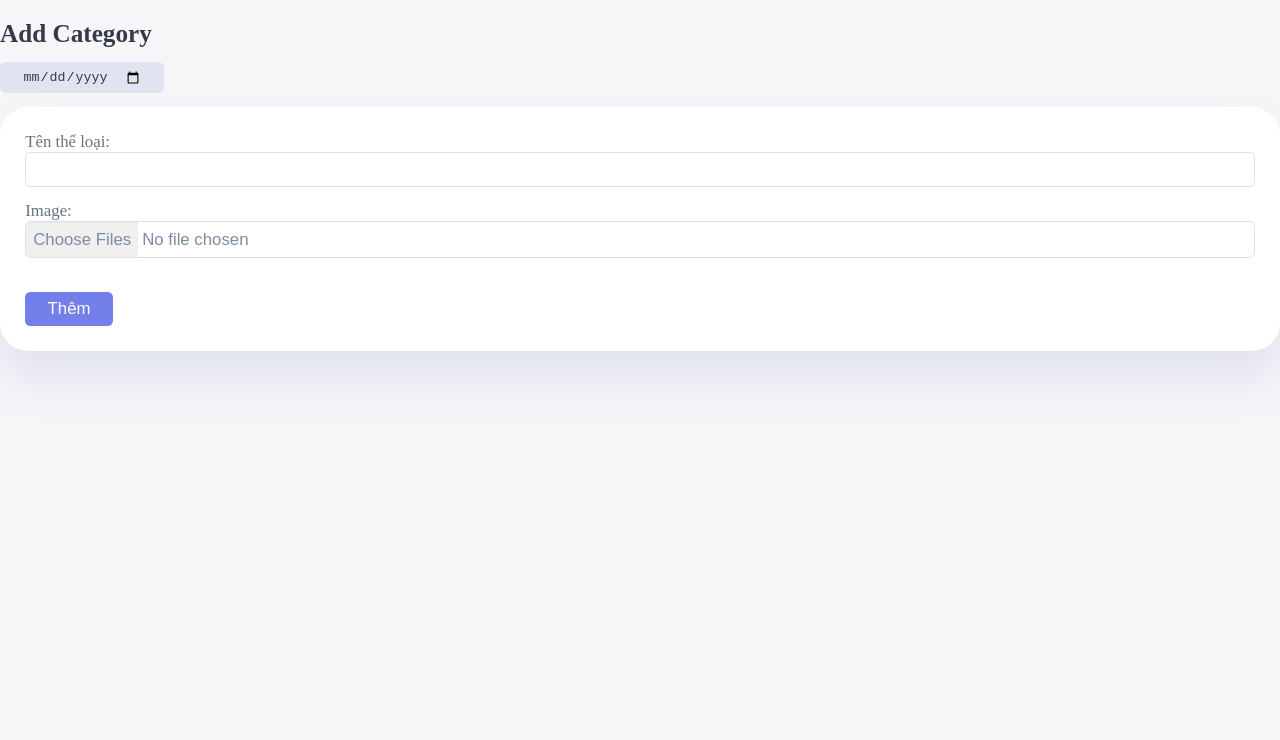
Repository: quynn1804/duan1
Page: http://localhost/control/add_type.php
The author's editor kept a copy of each file at every save. The page is drawn from the files as they stood at one save, then again after the next save.
The browser window is 1280 px wide. The pictures show the whole page.
Some web fonts or font styles are not loaded; a fallback is used. The page is run by PHP 8.4 with error messages shown; the project is at /var/www/html/.

Above is the page before, as saved 2022-11-10 00:41:12.

### du_an_1/control/add_type.php
<main>
            <h1>Add Category</h1>
            <link rel="stylesheet" href="./src/css/kkk.css">
            <div class="date">
                <input type="date">
            </div>

            <div class="add_categories_wrap_form">

        <form action="" method="POST" enctype="multipart/form-data">
            <label for="">Tên thể loại:</label> <br>
            <input type="text" class="form-control mb3" name="name" required>
            <br>



            <label for="">Image:</label> <br>
            <input type="file" class="image" name="image" multiple>
            <?php if(isset($image_err)): ?>
                <div style="color: red;">
            <?= $image_err  ?>
            </div>

              <?php endif ?>


            <button type="submit" class="btn " style="margin-top:20px ;" name="btnSubmit">Thêm</button>




        </form>
    </div>


</main>

### du_an_1/src/css/kkk.css
:root{
    --color-primary: #7380ec;
    --color-danger:#ff7782;
    --color-success:#41f1b6;
    --color-warning:#ffbb55;
    --color-white:#fff;

    --color-dark:#363949;
    --color-dark-variant:#677483;
    --color-info-dark:#7d8da1;

    --color-info-light:#dce1eb;

    --color-light:rgba(132,139,200,0.18);
    --color-primary-variant:#111e88;

    --color-background:#f6f6f9;

    --card-border-radius:2rem;
    --border-radius-1:0.4rem;
    --border-radidus-2:0.8rem;
    --border-radius-3:1.2rem;

    --car-padding:1.8rem;
    --padding-1:1.2rem;
    --box-shadow: 0 2rem 3rem var(--color-light);
}

/* DARK THEME VARAIBLES */
.dark-theme-variables{
    --color-background:#181a1e;
    --color-white:#202528;
    --color-dark: #edeffd;
    --color-dark-variant: #a3bdcc;
    --color-light:rgba(0, 0,0,0.4);
    --box-shadow:0 2rem 3rem var(--color-light);
    }


@font-face {
    font-family: pro;
    src: url(../font-family/SourceSansPro-Regular.ttf);
}

*{
    padding: 0 ;
    margin: 0 ;
    outline: 0 ;
    border: 0 ;
    appearance: none ;
    text-decoration: none ;
    list-style: none ;
    box-sizing: border-box ;
}

html{
    font-size: 14px;

}

body{

    width: 100vw;
    height: 100vh;
    font-family: pro;
    font-size: 0.88rem;
    background-color: var(--color-background);
    transition: all 300ms ease;


}



a{
    color: var(--color-dark-variant);
}

img{
    display: block;
    width: 100%;
}

h1{
    font-weight: 800;
    font-size: 1.8rem;
}


h2{
    font-size: 1.4rem;
}

h3{
    font-size: 0.87rem;
}

h4{
    font-size: 0.8rem;
}

h5{
    font-size: 0.77rem;
}

small{
    font-size:0.75rem;
}

.profile-photo{
    height: 2.8rem;
    width: 2.8rem;
    border-radius: 50%;
    overflow: hidden;
}

.text-muted{
    color: var(--color-info-dark);
}

p{
    color: var(--color-dark-variant);
}

b{
    color: var(--color-dark) ;
}

.primary{
    color: var(--color-primary);
}

.danger{
    color: var(--color-danger);
}

.success{
    color: var(--color-success);
}

.warning{
    color: var(--color-warning);
}

.container{

    display: grid;
    width: 96%;

    margin: 0 auto;
    gap: 1.8rem;
    grid-template-columns:14rem auto 23rem ;
}


aside{
    height: 100vh;

}

aside .top{

    display: flex;
    align-items: center;
    justify-content: space-between;
    margin-top: 0.5rem;
}
aside .logo{
    display: flex;
    gap:0.1rem;

}
aside .logo img{
    margin-left: 1rem;
    width: 5rem;

}

aside .logo h2{
    display: flex;
    align-items: center;
    font-weight: 900;
    color: var(--color-dark);
}

aside .close{
    display: none;
}

aside .sidebar{

    display: flex;
    flex-direction: column;
    height: 81vh;
    position: relative;
    top: 2rem;
}

aside h3{
    font-weight: 500;
}

aside .sidebar a{
display: flex;
color: var(--color-info-dark);
margin-left: 2rem;
gap:1rem;
align-items:center ;

height: 3.7rem;
transition: all 300ms ease;
}

aside .sidebar a span {
    font-size: 1.6rem;
    transition: all 300ms ease;
}


aside .sidebar a:last-child{
    position: absolute;
    bottom: 2rem;
    width: 100%;

}


aside .sidebar .active{
    background-color: var(--color-light);
    color: var(--color-primary);

}

aside .sidebar .active:before{
    content:'';
    width: 6px;
    height: 100%;
    background-color:var(--color-primary) ;
}

aside .sidebar .active span{
   margin-left: calc(1rem-3px);
}


aside .sidebar a:hover{
    color: var(--color-primary);
}

aside .sidebar a:hover span{
    margin-left: 1rem;
}


aside .sidebar .message-count{
    background-color: var(--color-danger);
    color: var(--color-white);
    padding: 2px 10px;
    font-size:11px;
    border-radius: var(--border-radius-1) ;
}



/* ===============Main============  */


main{
    margin-top: 1.4rem;

}

main>h1{
    color: var(--color-dark);
}

main .date{
    display: inline-block;
    background-color: var(--color-light);
    border-radius: var(--border-radius-1);
    margin-top: 1rem;
    padding: 0.5rem 1.6rem;

}

main .date input{
    background: transparent;
    color: var(--color-dark);
}

main .insights{
    display: grid;
    grid-template-columns: repeat(3,1fr);
    gap:1.6rem;
}

main .insights>div{
    background-color: var(--color-white);
    padding: var(--car-padding);
    border-radius: var(--card-border-radius);
    margin-top: 1rem;
    box-shadow: var(--box-shadow);
    transition: all 300ms ease;
}
main  h1{
    color: var(--color-dark);
}

main  h2{
    color: var(--color-dark);
}

main  h3{
    color: var(--color-dark);
}

main thead tr{
    color: var(--color-dark);
}

main tbody tr{
    color: var(--color-info-dark);
}
main .insights>div:hover{
    box-shadow: none;
}


main .insights>div span{
    background-color: var(--color-primary);
    padding: 0.5rem;
    border-radius: 50%;
    color: var(--color-white);
    font-size: 2rem;
}

main .insights>.expenses span{
background-color: var(--color-danger);
}


main .insights>.income span{
background-color: var(--color-success);
}

main .insights>div .middle{
    display: flex;
    align-items: center;
    justify-content: space-between;

}

main .insights>div .progress{
    position: relative;
    width: 92px;
    height: 92px;
    border-radius: 50%;
}


main .insights svg{
    width: 7rem;
    height: 7rem;
}

main .insights svg circle{
    fill: none;
    stroke: var(--color-primary);
    stroke-width: 14;
    stroke-linecap: round;
    transform: translate(5px, 5px);
    stroke-dasharray: 110;
    stroke-dashoffset: 92;
}

main .insights .sales svg circle{
   stroke-dasharray: 200;
   stroke-dashoffset: -30;
}

main .insights .expenses svg circle{
    stroke-dasharray: 80;
    stroke-dashoffset: 18;
 }

 main .insights .income svg circle{
    stroke-dasharray: 110;
    stroke-dashoffset: 35;
 }

 main .insights .progress .number{
    position: absolute;
    top:0;
    bottom: 0;
    left: 0;
    right: 0;
     display: flex;
   justify-content: center;
    align-items: center;
 }

 main .insights small{
    display: block;

 }

 main .recent-order{
    margin-top:2rem ;

 }

 main .recent-order h2{
    margin-bottom:0.8rem ;

 }

 main .recent-order table{
    background-color: var(--color-white);
    width: 100%;
    border-radius: var(--card-border-radius);
    padding: var(--car-padding);
    text-align: center;
    box-shadow: var(--box-shadow);
    transition: all 300ms ease;
 }

 main .recent-order table:hover{
    box-shadow: none;
 }
 table th{
    font-size: 1rem;
 }

 table td{
    font-size: 0.9rem;
 }
 main table tbody td{
    padding: 1rem 0;
    border-bottom: 1px solid var(--color-light);

 }

 main table tbody tr:last-child td{
    border: none;
 }

 main .show-all{
    text-align: center;
    margin-top: 3rem;
 }


/* ==================Right=============*/


.right  {
    margin-top: 1.4rem;

}

.right h2{
    color: var(--color-dark);
}

.right h3{
    color: var(--color-dark);
}

.right .top{
    display: flex;
    justify-content: end;
    gap: 2rem;
}

.right .top #menu-btn{
    display: none;
}

.right .top .theme-toggler{
    width: 4.2rem;
    height: 1.6rem;
    background-color: var(--color-light);
    border-radius: var(--border-radius-1);
    display: flex;
    justify-content: space-between;
    align-items: center;
    cursor: pointer;
}

.right .top .theme-toggler span{
    font-size: 1.2rem;
    width: 50%;
    height: 100%;
    display: flex;
    align-items: center;
    justify-content: center;


}

.right .top .theme-toggler span:nth-child(1){
    color: #fff;
}

.right .top .theme-toggler span.active{
    background-color: var(--color-primary);
    border-radius: var(--border-radius-1);
    color: #fff;
}

.right .top .profile{
    display: flex;
    gap: 1.5rem;
    justify-content: space-between;
    text-align: right;
}


/* =============================Recent update ============== */

.right .recent-updates{
    margin-top: 1rem;

}

.right .recent-updates h2{
    margin-bottom: 0.8rem;
}

.right .recent-updates .updates{
    background-color: var(--color-white);
    border-radius: var(--card-border-radius);
    padding: var(--car-padding);
    display: flex;
    flex-direction: column;
    gap: 1rem;
    transition: all 300ms ease;

}

.right .recent-updates .updates .update{
    display: flex;
    gap: 1rem;
    align-items: center;

}



/* ======================Sale analytics=================  */

.right .sales-analytics{
    margin-top: 2rem;


}

.right .sales-analytics h2{
    margin-bottom: 0.8rem;

}

.right .sales-analytics .item{

    display: flex;

    gap: 1rem;
    background-color: var(--color-white);
    margin-bottom: 0.7rem;
    padding: var(--car-padding);
    border-radius: var(--border-radius-3);
    box-shadow:  var(--box-shadow);
    transition: all 300ms ease;

}



.right .sales-analytics .item:hover{
    box-shadow: none;
}

.right .sales-analytics .item .icon{
    display: flex;
    align-items: center;
    padding: 0.6rem;
    color: var(--color-white);
    border-radius: 50%;
    background-color: var(--color-primary);
}

.right .sales-analytics .item.offline .icon{
    background-color: var(--color-danger);
}
.right .sales-analytics .item .right{

    margin-top: 0;
    display: flex;
    justify-content: space-between;
    align-items: start;
    width: 100%;
    height: 100%;

}

.right .sales-analytics .add-product{
   background-color: transparent;
   border: 2px dashed var(--color-primary);
   color: var(--color-primary);
   display: flex;
   align-items: center;
   justify-content: center;
   transition: all 300ms ease;
   margin-bottom: 0rem !important;
}

.right .sales-analytics .add-product div{
    display: flex;
    align-items: center;
    gap: 0.6rem;
}

.right .sales-analytics .add-product div h3{
    font-weight: 500;
    color: var(--color-primary);
    transition: all 300ms ease;
}
.right .sales-analytics .add-product:hover div h3{
    color:#fff;
}
.right .sales-analytics .add-product:hover{
    background-color: var(--color-primary);
    color: var(--color-white);
}




/* =====================Add Product ==================  */

label{
font-size: 1.2rem;
color: var(--color-dark-variant);
}

.add_product{
    margin-top: 1rem;
    box-shadow: var(--box-shadow);
    background-color: var(--color-white);
    padding: var(--car-padding);
    border-radius: var(--card-border-radius);
    transition: all 300ms ease;
}

.add_product:hover{
    box-shadow: none;
}

.add_product input, .add_categories_wrap_form input,.sua_categories_wrap input {
    border:1px solid var(--color-info-light) ;
    padding: 6px 12px;
    width: 100%;
    border-radius: 0.375rem;
    background-color:#fff;
    margin-bottom: 1rem;
    line-height: 1.5;
    font-size: 1rem;
    color: var(--color-info-dark);
}

 .add_product input::file-selector-button,
 .sua_product input::file-selector-button,
 .add_categories_wrap_form input::file-selector-button,
 .sua_categories_wrap input::file-selector-button{
    border: none;
    height: 100%;
    padding: 0.5rem;
    color: #7d8da1;
    font-size: 1.2rem;
}

.add_product .image, .add_categories_wrap_form .image {
    background-color: var(--color-white);
    color: var(--color-info-dark);
    height: 37px;
    padding: 0px 0px;
    font-size: 1.2rem;
}

 textarea{
    border:1px solid var(--color-info-light);
    background-color: #fff;
    margin-bottom: 1rem;
    font-size: 1.2rem;
    color: var(--color-info-dark);
}

.add_product .btn, .sua_product .btn, .add_categories_wrap_form .btn, .sua_categories_wrap .btn{
    padding: 0.5rem 1.6rem;
    border-radius: 0.375rem;
    background-color: var(--color-primary);
    font-size: 1.2rem;
    color: #fff;

}

.add_product .btn:hover, .sua_product .btn:hover, .sua_categories_wrap .btn:hover{
   opacity: 0.9;
   cursor: pointer;
}

 select{
    border:1px solid var(--color-info-light) ;
    width: 100%;
    padding: 6px 14px;
    border-radius: 0.375rem;
    line-height: 1.5;
    font-size: 1.2rem;
    color: var(--color-info-dark);
    margin-bottom: 1rem;
}

 textarea{
    border:1px solid var(--color-info-light);
    background-color: #fff;
    margin-bottom: 1rem;
    padding: 16px;
    width: 100%;
    height: 60px;
    border-radius: 0.375rem;
    font-size: 1.2rem;

}








/* =========================Show Product==============  */
.table_wrapper{
    margin-top: 1rem;
    height: 660px;
    overflow-y: scroll;
    border-radius: var(--card-border-radius);

    transition: all 300ms ease;

}

.table_wrapper .table{

    box-shadow: var(--box-shadow);
}

.table_wrapper::-webkit-scrollbar{
    width: 10px;
}

.table_wrapper::-webkit-scrollbar-thumb{
    background-color: var(--color-light);
    border-radius: 0.2rem;
}





.show_product table, .wrap_show_categories table{

    background-color: var(--color-white);
    width: 100%;
    border-radius: var(--card-border-radius);
    padding: var(--car-padding);
    text-align: center;
    box-shadow: var(--box-shadow);
    transition: all 300ms ease;

}


.show_product img, .wrap_show_categories table img{
    max-width: 200px;
    max-height: 200px;
    margin: 0 auto;
}
.show_product table:hover, .wrap_show_categories table:hover{
    box-shadow: none;
}

.show_product .btn-sua, .wrap_show_categories .btn-sua{
    padding: 6px 12px;
    background-color: var(--color-primary);
    border-radius: 0.375rem;
    color: #fff;
}

.show_product .btn-xoa, .wrap_show_categories .btn-xoa{
    padding: 6px 12px;
    background-color: var(--color-danger);
    border-radius: 0.375rem;
    color: #fff;
}

.show_product .btn-them, .wrap_show_categories .btn-them{
    padding: 6px 12px;
    background-color: var(--color-success);
    border-radius: 0.375rem;
    color: #f6f6f9;
}


/* ==================== Sửa product ======================  */



.sua_product{
    box-shadow: var(--box-shadow);
    background: var(--color-white);
    border-radius: var(--card-border-radius);
    padding: var(--car-padding);
    transition: all 300ms ease;
    margin-top: 1rem;

}

.sua_product:hover{
    box-shadow: none;
}

.sua_product img{
    max-width: 200px;
    max-height: 200px;
}

.sua_product input {
    border:1px solid var(--color-info-light) ;
    padding: 6px 12px;
    width: 100%;
    border-radius: 0.375rem;
    background-color:#fff;
    margin-bottom: 1rem;
    line-height: 1.5;
    font-size: 1rem;
    color: var(--color-info-dark);
}

.sua_product .image, .sua_categories_wrap .image{
    background-color: var(--color-white);
    color: var(--color-info-dark);
    height: 37px;
    padding: 0px 0px;
    font-size: 1.2rem;
}


/* =================Show Categories ===================== */

.wrap_show_categories{

    width: 100%;
    height: 660px;
    margin-top: 1rem;

}

.wrap_table{

    height: 600px;
    overflow-y: scroll;
    border-radius: var(--card-border-radius);
}

.wrap_table::-webkit-scrollbar{
    width: 10px;
}

.wrap_table::-webkit-scrollbar-thumb{
    background-color: var(--color-light);
    border-radius: 0.2rem;
}


/* =================== add the loai ==================  */

.add_categories_wrap_form{

    background-color: var(--color-white);
    padding: var(--car-padding);

    border-radius: var(--card-border-radius);
    margin-top: 1rem;
    box-shadow: var(--box-shadow);
    transition: all 300ms ease;
}
.add_categories_wrap_form:hover{
    box-shadow: none;
}

/* ============== Sửa category =============  */


.sua_categories_wrap{
    background-color: var(--color-white);
    padding: var(--car-padding);

    border-radius: var(--card-border-radius);
    margin-top: 1rem;
}

.sua_categories_wrap img {
    max-width: 200px;
    max-height: 200px;
    margin-bottom: 1rem;
}

.alert{
    color:var(--color-success);
    margin-top: 1rem;

}

After the next save:
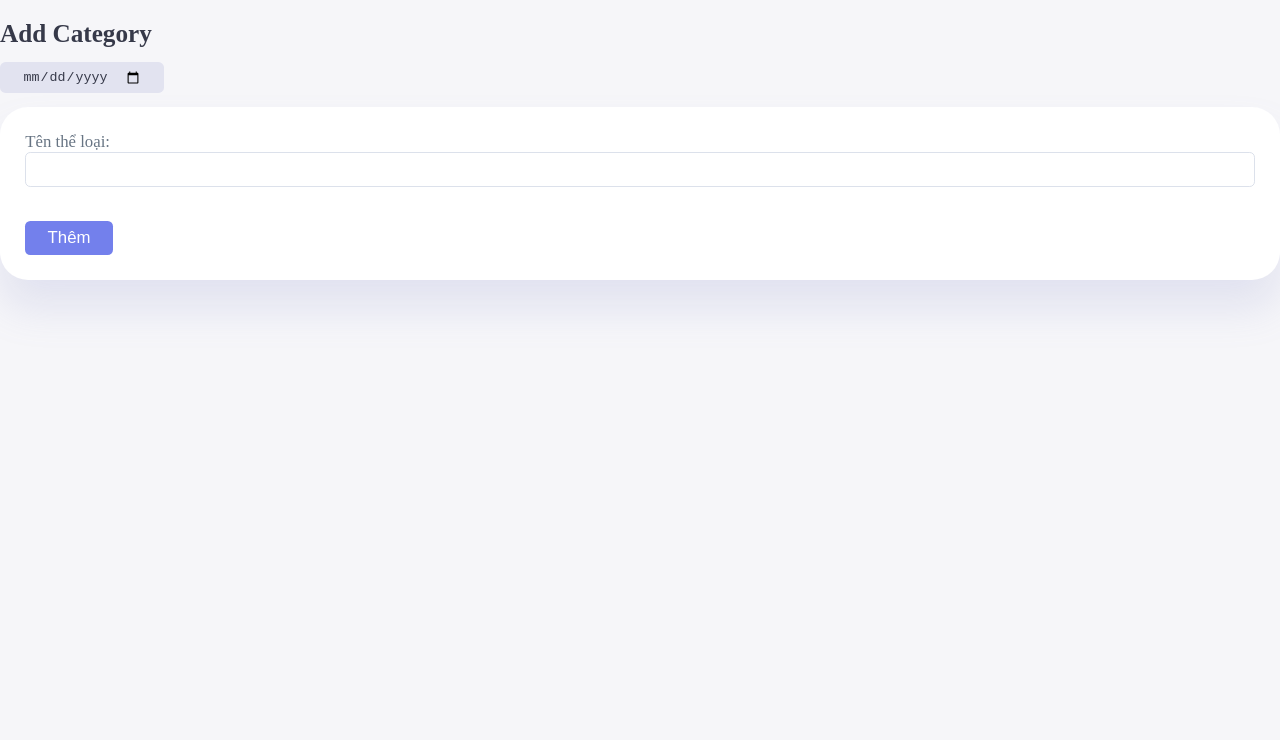
Saved 78 s later.
--- a/du_an_1/control/add_type.php
+++ b/du_an_1/control/add_type.php
@@ -11,24 +11,7 @@
             <label for="">Tên thể loại:</label> <br>
             <input type="text" class="form-control mb3" name="name" required>
             <br>
-
-
-
-            <label for="">Image:</label> <br>
-            <input type="file" class="image" name="image" multiple>
-            <?php if(isset($image_err)): ?>
-                <div style="color: red;">
-            <?= $image_err  ?>
-            </div>
-
-              <?php endif ?>
-
-
             <button type="submit" class="btn " style="margin-top:20px ;" name="btnSubmit">Thêm</button>
-
-
-
-
         </form>
     </div>
 
